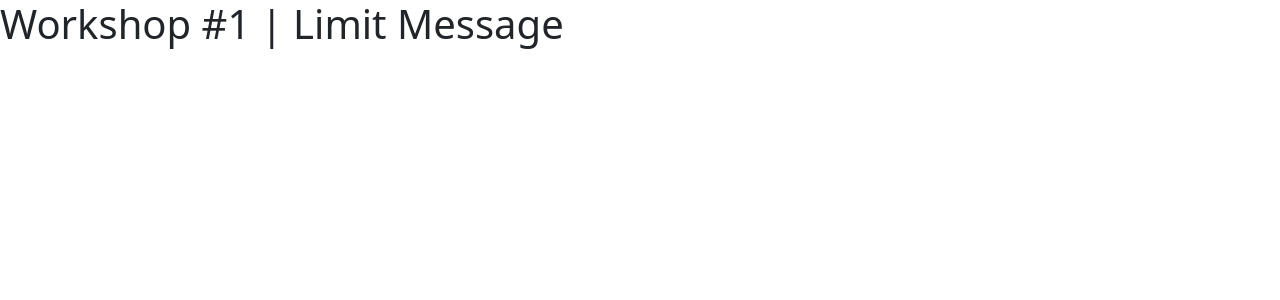
Repository: sawankapatu/vue-cli
Page: /
These files come from the project's save history. The page is drawn as it stood at one moment and after the next save; the edit follows.
The browser window is 1280 px wide. The pictures show the whole page.
The project was rebuilt for these pictures with package versions that can differ from the ones it lists, and the page was loaded fresh each time.

Above is the page before, as saved 2021-11-01 22:33:40.

After the next save:
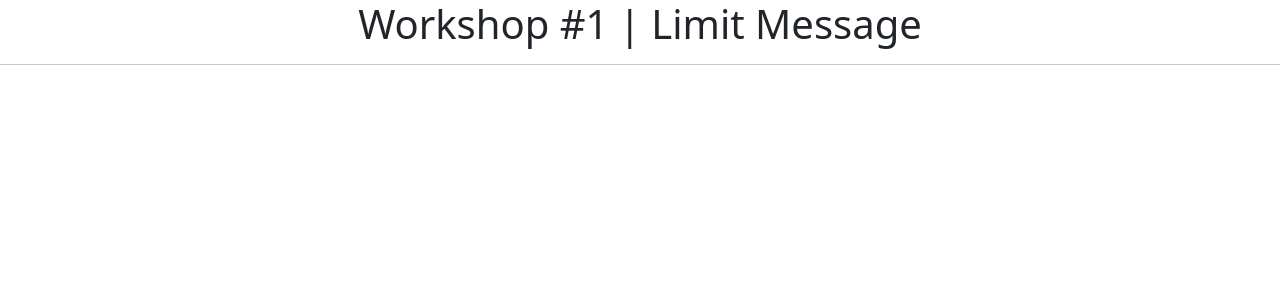
Saved 3 min 32 s later.
--- a/src/App.vue
+++ b/src/App.vue
@@ -1,6 +1,8 @@
 <template>
   <div id="app">
-    <h1>Workshop #1 | Limit Message</h1>
+    <h1 align="center">Workshop #1 | Limit Message</h1>
+    <hr>
+
   </div>
 </template>
 
